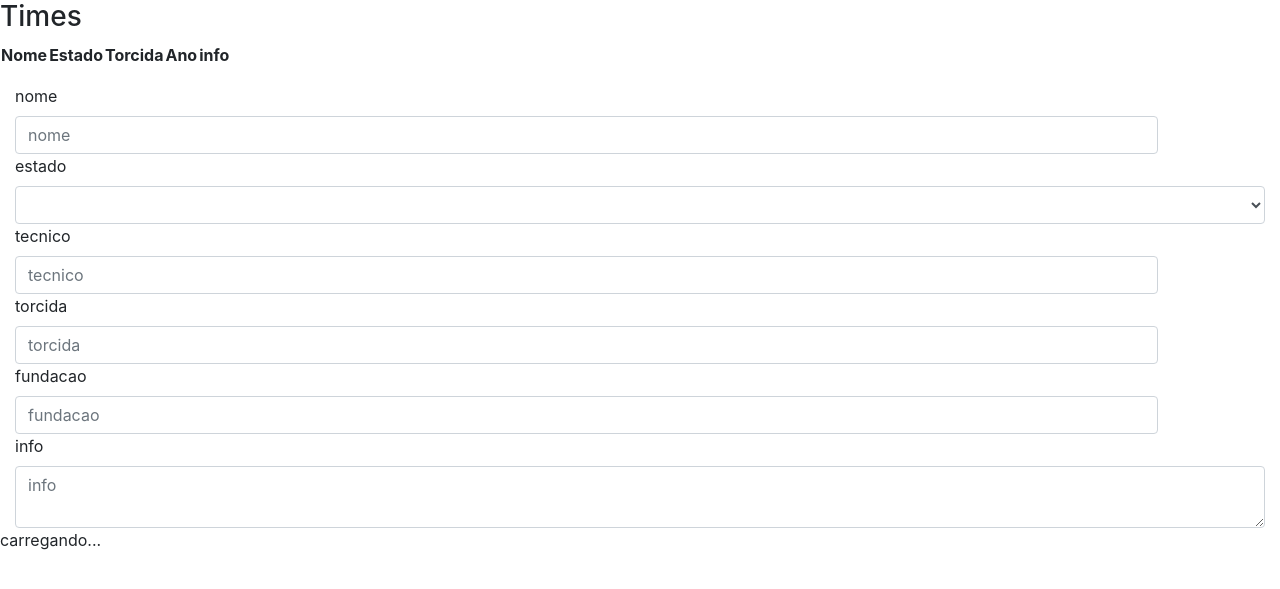
Repository: ecrseer/vuesheetpost
Page: /
An editor plug-in stored every save of this project. The page is shown before and after the next save, followed by the edit.
The browser window is 1280 px wide. The pictures show the whole page.
The page's requests for data from a server got no answer. The project was rebuilt for these pictures with package versions that can differ from the ones it lists, and the page was loaded fresh each time. No one was signed in, and anything a server would have sent is missing. Also part of the build but not shown: vite.config.js, vue.config.js.

Above is the page before, as saved 2021-08-23 14:02:48.

After the next save:
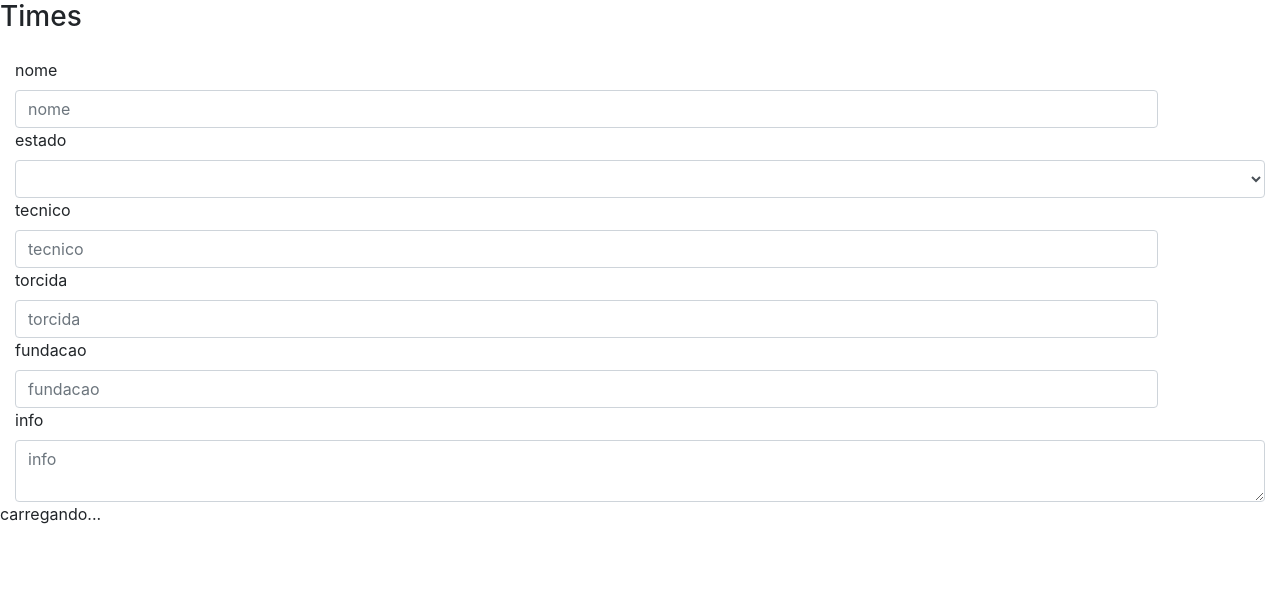
Saved 15 s later.
--- a/src/App.vue
+++ b/src/App.vue
@@ -1,33 +1,6 @@
 <template>
   <h3>Times</h3>
   <div>
-    <table>
-      <thead>
-      <tr>
-        <th>Nome</th>
-        <th>Estado</th>
-        <th>Torcida</th>
-        <th>Ano</th>
-        <th>info</th>
-      </tr>
-      </thead>
-      <tbody>
-      <tr v-for="(time, index) in times" v-bind:key="index">
-        <td>{{ time.nome }}</td>
-        <td>{{ time.estado }}</td>
-        <td>{{ time.torcida }}</td>
-        <td>{{ time.fundacao_ano }}</td>
-        <td>{{ time.info }}</td>
-        <td>
-          <button @click="editar(time)">editar</button>
-        </td>
-        <td>
-          <span v-if="carregando">carregando</span>
-          <button v-else @click="apagar(time, index)">apagar</button>
-        </td>
-      </tr>
-      </tbody>
-    </table>
     <TabelaMarota v-bind:lista="times"></TabelaMarota>
   </div>
 

After the save that followed:
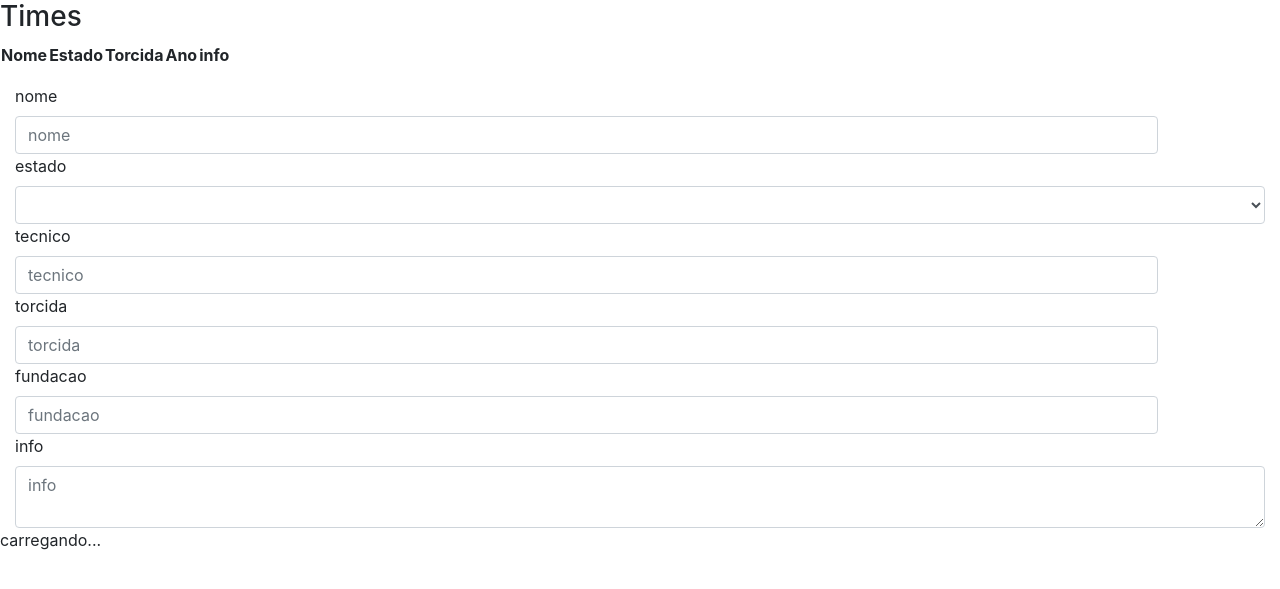
Saved 17 s later.
--- a/src/App.vue
+++ b/src/App.vue
@@ -1,6 +1,33 @@
 <template>
   <h3>Times</h3>
   <div>
+    <table>
+      <thead>
+      <tr>
+        <th>Nome</th>
+        <th>Estado</th>
+        <th>Torcida</th>
+        <th>Ano</th>
+        <th>info</th>
+      </tr>
+      </thead>
+      <tbody>
+      <tr v-for="(time, index) in times" v-bind:key="index">
+        <td>{{ time.nome }}</td>
+        <td>{{ time.estado }}</td>
+        <td>{{ time.torcida }}</td>
+        <td>{{ time.fundacao_ano }}</td>
+        <td>{{ time.info }}</td>
+        <td>
+          <button @click="editar(time)">editar</button>
+        </td>
+        <td>
+          <span v-if="carregando">carregando</span>
+          <button v-else @click="apagar(time, index)">apagar</button>
+        </td>
+      </tr>
+      </tbody>
+    </table>
     <TabelaMarota v-bind:lista="times"></TabelaMarota>
   </div>
 
